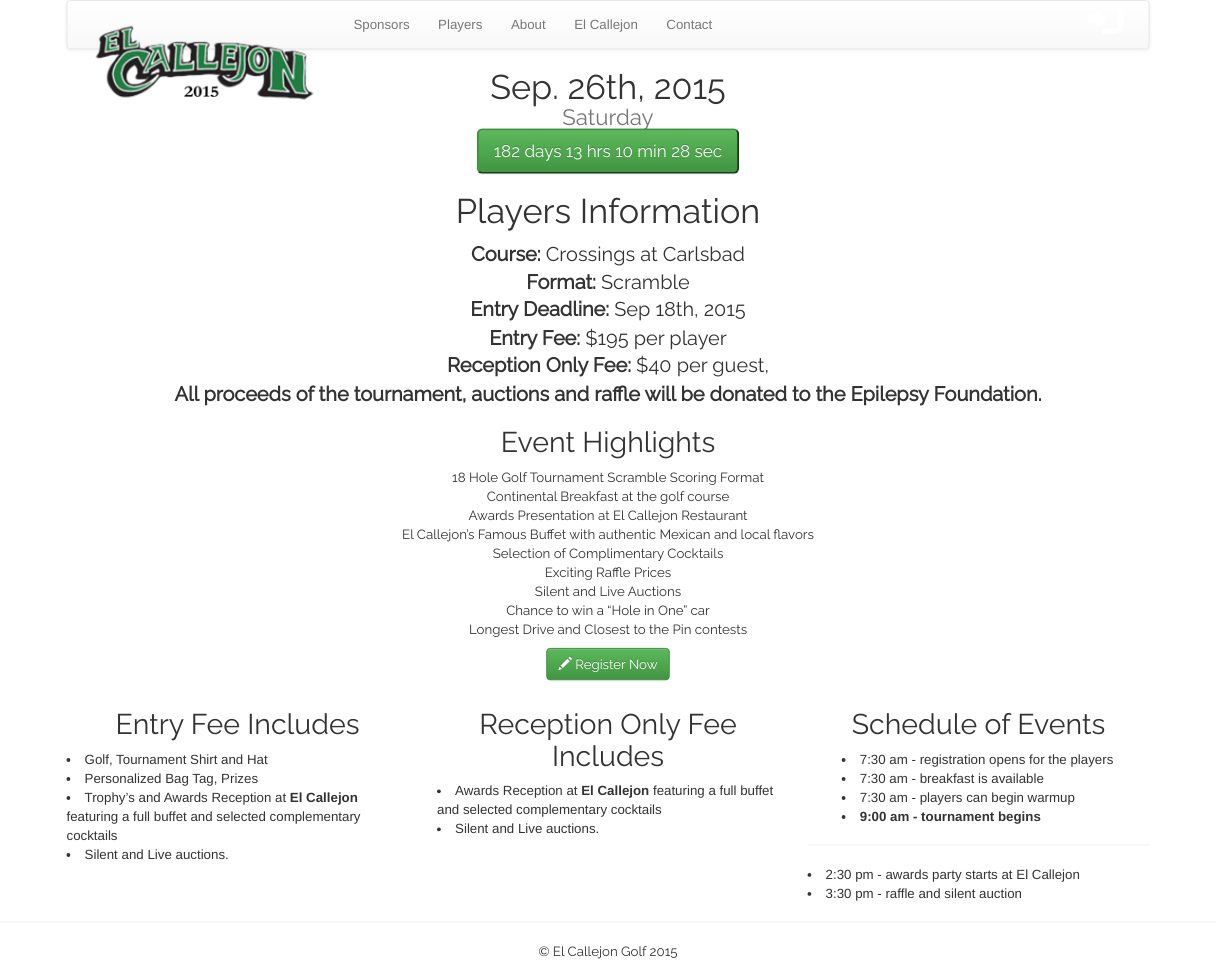
Repository: rojour/callejongolf
Page: register/templates/home/player.html
The author's editor kept a record of every edit. The page is drawn from the files as they stood at one moment, then again after the next edit.
The browser window is 1280 px wide. The pictures show the whole page, at 95% of full size.
Some web libraries are served in a nearby version. The template is drawn by Django 2.2. The application's start-up code is not run. Other server files are loaded and not shown. The template is opened directly, without the code that normally fills it, so the values that code supplies are empty.

Above is the page before.

### register/templates/home/player.html
{% extends 'home/home_base.html' %}
{% block content %}

  <div class="text-center">
    <h1>Players Information</h1>
    <p class="lead"><strong>Course:</strong> Crossings at Carlsbad<br><strong>Format:</strong> Scramble<br><strong>Entry Deadline:</strong> Sep 18th, 2015<br><strong>Entry Fee:</strong> $195 per player<br><strong>Reception Only Fee:</strong> $40 per guest,<br><strong>All proceeds of the tournament, auctions and raffle will be donated to the Epilepsy Foundation.</strong></p>
    <h2>Event Highlights</h2>
    <p>18 Hole Golf  Tournament Scramble Scoring Format<br>Continental Breakfast at the golf course<br>Awards Presentation at El Callejon Restaurant<br>El Callejon’s Famous Buffet with authentic Mexican and local flavors<br>Selection of Complimentary Cocktails<br>Exciting Raffle Prices<br>Silent and Live Auctions<br>Chance to win a “Hole in One” car<br>Longest Drive and Closest to the Pin contests</p>

    <p><a href="{% url 'register.views.player_new' %}" class="btn btn-large btn-success"><span class="glyphicon glyphicon-pencil"></span> Register Now</a></p>
  </div>
  <div class="container marketing">
    <div class="row">
      <div class="col-md-4">
        <h2 class=" text-center">Entry Fee Includes</h2>
          <li>Golf, Tournament Shirt and Hat</li>
          <li>Personalized Bag Tag, Prizes</li>
          <li>Trophy’s  and  Awards Reception at <strong>El Callejon</strong> featuring a full buffet and selected complementary cocktails</li>
          <li>Silent and Live auctions.</li>
      </div>
      <div class="col-md-4">
        <h2 class=" text-center">Reception Only Fee Includes</h2>
          <li>Awards Reception at <strong>El Callejon</strong> featuring a full buffet and selected complementary cocktails</li>
          <li>Silent and Live auctions.</li>
      </div>
      <div class="col-md-4">
        <h2 class=" text-center">Schedule of Events</h2>
			  <li style=margin-left:10% >7:30 am - registration opens for the players</li>
			  <li style=margin-left:10% >7:30 am - breakfast is available</li>
			  <li style=margin-left:10% >7:30 am - players can begin warmup</li>
			  <li style=margin-left:10% ><strong>9:00 am - tournament begins</strong></li>
			  <hr>
			  <li>2:30 pm - awards party starts at El Callejon</li>
			  <li>3:30 pm - raffle and silent auction</li>
      </div>
    </div>
  </div> <!-- /container -->

{% endblock %}

### register/templates/home/home_base.html
{% load staticfiles %}

<html lang="en">
  <head>
   <meta http-equiv="X-UA-Compatible" content="IE=edge,chrome=1">
   <meta charset="utf-8">
   <meta name="viewport" content="width=device-width, initial-scale=1.0">
   <meta name="description" content="">
   <meta name="author" content="">

   <title>El Callejon Golf Registration/Information Page.</title>

   <!-- Bootstrap core CSS -->
   <link rel="stylesheet" href="https://maxcdn.bootstrapcdn.com/bootstrap/3.3.4/css/bootstrap.min.css">
   <link rel="stylesheet" href="https://maxcdn.bootstrapcdn.com/bootstrap/3.3.4/css/bootstrap-theme.min.css">

   <link rel="stylesheet" href="{% static 'css/register.css' %}">
   <link href="//fonts.googleapis.com/css?family=Raleway&subset=latin,latin-ext" rel="stylesheet" type="text/css">
   <link rel="stylesheet" href="../../static/css/themes/default/default.css" type="text/css" media="screen" />
   <link rel="stylesheet" href="../../static/css/themes/light/light.css" type="text/css" media="screen" />
   <link rel="stylesheet" href="../../static/css/themes/dark/dark.css" type="text/css" media="screen" />
   <link rel="stylesheet" href="../../static/css/themes/bar/bar.css" type="text/css" media="screen" />
   <link rel="stylesheet" href="../../static/css/nivo-slider.css" type="text/css" media="screen" />


   <!-- Custom styles for this template -->

 </head>

 <body>

   {% include 'home/navbar.html' %}

   <h1 class="text-center">Sep. 26th, 2015<br><small class="text-muted">Saturday</small><br><button type="button" class="btn-lg btn-success"><span id="countdown"></span></button></h1>

   {% block content %}
   {% endblock %}

   <hr>
   <!-- Site footer -->
   <div class="footer">
      <p class="text-center">&copy; El Callejon Golf 2015</p>
   </div>

   </body>

    <!-- Bootstrap core JavaScript
    ================================================== -->
    <!-- Placed at the end of the document so the pages load faster -->
	<script src="http://code.jquery.com/jquery-1.11.0.min.js" ></script>
   <script src="https://maxcdn.bootstrapcdn.com/bootstrap/3.3.4/js/bootstrap.min.js"></script>

   <script src="../../static/js/countdown.js"></script>
	<script src="../../static/js/waypoints.js" ></script>
	<script src="../../static/js/waypoints-sticky.js" ></script>

	<script type="text/javascript" >
		$(document).ready(function() {
			$('.my-sticky-element').waypoint('sticky');
			});
	</script>

	 <script type="text/javascript" src="../../static/js/jquery.nivo.slider.js"></script>
    <script type="text/javascript">
    $(window).load(function() {
        $('#slider').nivoSlider();
    });
    </script>


</html>

### register/templates/home/navbar.html
{% load staticfiles %}


<!-- NAVBAR
================================================== -->
   <div class="navbar-wrapper">
      <div class="container">
         <div class="my-sticky-element navbar navbar-default">
            <div class="container">
               <div class="navbar-header">
                  <button type="button" class="navbar-toggle" data-toggle="collapse" data-target=".navbar-collapse">
                  <span class="icon-bar"></span>
                  <span class="icon-bar"></span>
                  <span class="icon-bar"></span>
                  </button>
                  <a class="navbar-brand" href="{% url 'home.views.index' %}"><img class="img-responsive" src="../../static/img/logos/Golf Logo 2015.png"></a>
               </div>
               <div class="navbar-collapse collapse">
                  <ul class="nav navbar-nav">
                     <li><a href="{% url 'home.views.sponsors' %}">Sponsors</a></li>
                     <li><a href="{% url 'home.views.players' %}">Players</a></li>
                     <li><a href="#">About</a></li>
                     <li><a href="http://www.el-callejon.com">El Callejon</a></li>
                     <li><a href="{% url 'home.views.contactus' %}">Contact</a></li>
			         </ul>
			         <ul style=margin-right:1% class="nav navbar-nav navbar-right">

			   {% if user.is_authenticated %}
            <a href="{% url 'home.views.management' %}" class="top-menu"><span class="glyphicon glyphicon-edit"></span></a>
            <li class="text-center"><small>Hello {{ user.username }}<br>(<a href="{% url 'django.contrib.auth.views.logout' %}">Log out</a>)</small></li>
            {% else %}
            <a href="{% url 'django.contrib.auth.views.login' %}" class="top-menu"><span class="glyphicon glyphicon-log-in"></span></a>
            {% endif %}
                  </ul>
               </div>
            </div>
         </div>
      </div>
   </div>

### static/css/register.css
.page-header {
    background-color: #227C45;
    margin-top: 0;
    padding: 20px 20px 20px 40px;
}

.page-header h1, .page-header h1 a, .page-header h1 a:visited, .page-header h1 a:active {
    color: #ffffff;
    font-size: 36pt;
    text-decoration: none;
}

.page-header p {
    color: #ffffff;
    margin-left: 90px;
}

a {
    color: black;
}

.content {
    margin-left: 80px;
}

h1, h2, h3, h4, p {
    font-family:'Raleway';
}

.date {
    float: right;
    color: #828282;
}

.save {
    float: right;
}

.player-form textarea, .player-form input {
    width: 100%;
}


.top-menu, .top-menu:hover, .top-menu:visited {
    color: #ffffff;
    float: right;
    font-size: 26pt;
    margin-right: 20px;
}

.player {
    margin-bottom: 70px;
}

.player h1 a, .player h1 a:visited {
    color: #000000;
}

### static/css/themes/default/default.css
/*
Skin Name: Nivo Slider Default Theme
Skin URI: http://nivo.dev7studios.com
Description: The default skin for the Nivo Slider.
Version: 1.3
Author: Gilbert Pellegrom
Author URI: http://dev7studios.com
Supports Thumbs: true
*/

.theme-default .nivoSlider {
	position:relative;
	background:#fff url(loading.gif) no-repeat 50% 50%;
    margin-bottom:10px;
    -webkit-box-shadow: 0px 1px 5px 0px #4a4a4a;
    -moz-box-shadow: 0px 1px 5px 0px #4a4a4a;
    box-shadow: 0px 1px 5px 0px #4a4a4a;
}
.theme-default .nivoSlider img {
	position:absolute;
	top:0px;
	left:0px;
	display:none;
}
.theme-default .nivoSlider a {
	border:0;
	display:block;
}

.theme-default .nivo-controlNav {
	text-align: center;
	padding: 20px 0;
}
.theme-default .nivo-controlNav a {
	display:inline-block;
	width:22px;
	height:22px;
	background:url(bullets.png) no-repeat;
	text-indent:-9999px;
	border:0;
	margin: 0 2px;
}
.theme-default .nivo-controlNav a.active {
	background-position:0 -22px;
}

.theme-default .nivo-directionNav a {
	display:block;
	width:30px;
	height:30px;
	background:url(arrows.png) no-repeat;
	text-indent:-9999px;
	border:0;
	opacity: 0;
	-webkit-transition: all 200ms ease-in-out;
    -moz-transition: all 200ms ease-in-out;
    -o-transition: all 200ms ease-in-out;
    transition: all 200ms ease-in-out;
}
.theme-default:hover .nivo-directionNav a { opacity: 1; }
.theme-default a.nivo-nextNav {
	background-position:-30px 0;
	right:15px;
}
.theme-default a.nivo-prevNav {
	left:15px;
}

.theme-default .nivo-caption {
    font-family: Helvetica, Arial, sans-serif;
}
.theme-default .nivo-caption a {
    color:#fff;
    border-bottom:1px dotted #fff;
}
.theme-default .nivo-caption a:hover {
    color:#fff;
}

.theme-default .nivo-controlNav.nivo-thumbs-enabled {
	width: 100%;
}
.theme-default .nivo-controlNav.nivo-thumbs-enabled a {
	width: auto;
	height: auto;
	background: none;
	margin-bottom: 5px;
}
.theme-default .nivo-controlNav.nivo-thumbs-enabled img {
	display: block;
	width: 120px;
	height: auto;
}

### static/css/themes/light/light.css
/*
Skin Name: Nivo Slider Light Theme
Skin URI: http://nivo.dev7studios.com
Description: A light skin for the Nivo Slider.
Version: 1.0
Author: Gilbert Pellegrom
Author URI: http://dev7studios.com
Supports Thumbs: true
*/

.theme-light.slider-wrapper {
    background: #fff;
    padding: 10px;
}
.theme-light .nivoSlider {
	position:relative;
	background:#fff url(loading.gif) no-repeat 50% 50%;
    margin-bottom:10px;
    overflow: visible;
}
.theme-light .nivoSlider img {
	position:absolute;
	top:0px;
	left:0px;
	display:none;
}
.theme-light .nivoSlider a {
	border:0;
	display:block;
}

.theme-light .nivo-controlNav {
	text-align: left;
	padding: 0;
	position: relative;
	z-index: 10;
}
.theme-light .nivo-controlNav a {
	display:inline-block;
	width:10px;
	height:10px;
	background:url(bullets.png) no-repeat;
	text-indent:-9999px;
	border:0;
	margin: 0 2px;
}
.theme-light .nivo-controlNav a.active {
	background-position:0 100%;
}

.theme-light .nivo-directionNav a {
	display:block;
	width:30px;
	height:30px;
	background: url(arrows.png) no-repeat;
	text-indent:-9999px;
	border:0;
	top: auto;
	bottom: -36px;
	z-index: 11;
}
.theme-light .nivo-directionNav a:hover {
    background-color: #eee;
    -webkit-border-radius: 2px;
    -moz-border-radius: 2px;
    border-radius: 2px;
}
.theme-light a.nivo-nextNav {
	background-position:160% 50%;
	right:0px;
}
.theme-light a.nivo-prevNav {
    background-position:-60% 50%;
    left: auto;
	right: 35px;
}

.theme-light .nivo-caption {
    font-family: Helvetica, Arial, sans-serif;
}
.theme-light .nivo-caption a {
    color:#fff;
    border-bottom:1px dotted #fff;
}
.theme-light .nivo-caption a:hover {
    color:#fff;
}

.theme-light .nivo-controlNav.nivo-thumbs-enabled {
	width: 80%;
}
.theme-light .nivo-controlNav.nivo-thumbs-enabled a {
	width: auto;
	height: auto;
	background: none;
	margin-bottom: 5px;
}
.theme-light .nivo-controlNav.nivo-thumbs-enabled img {
	display: block;
	width: 120px;
	height: auto;
}

### static/css/themes/dark/dark.css
/*
Skin Name: Nivo Slider Dark Theme
Skin URI: http://nivo.dev7studios.com
Description: A dark skin for the Nivo Slider.
Version: 1.0
Author: Gilbert Pellegrom
Author URI: http://dev7studios.com
Supports Thumbs: true
*/

.theme-dark.slider-wrapper {
    background: #222;
    padding: 10px;
}
.theme-dark .nivoSlider {
	position:relative;
	background:#fff url(loading.gif) no-repeat 50% 50%;
    margin-bottom:10px;
    overflow: visible;
}
.theme-dark .nivoSlider img {
	position:absolute;
	top:0px;
	left:0px;
	display:none;
}
.theme-dark .nivoSlider a {
	border:0;
	display:block;
}

.theme-dark .nivo-controlNav {
	text-align: left;
	padding: 0;
	position: relative;
	z-index: 10;
}
.theme-dark .nivo-controlNav a {
	display:inline-block;
	width:10px;
	height:10px;
	background:url(bullets.png) no-repeat 0 2px;
	text-indent:-9999px;
	border:0;
	margin: 0 2px;
}
.theme-dark .nivo-controlNav a.active {
	background-position:0 100%;
}

.theme-dark .nivo-directionNav a {
	display:block;
	width:30px;
	height:30px;
	background: url(arrows.png) no-repeat;
	text-indent:-9999px;
	border:0;
	top: auto;
	bottom: -36px;
	z-index: 11;
}
.theme-dark .nivo-directionNav a:hover {
    background-color: #333;
    -webkit-border-radius: 2px;
    -moz-border-radius: 2px;
    border-radius: 2px;
}
.theme-dark a.nivo-nextNav {
	background-position:-16px 50%;
	right:0px;
}
.theme-dark a.nivo-prevNav {
    background-position:11px 50%;
    left: auto;
	right: 35px;
}

.theme-dark .nivo-caption {
    font-family: Helvetica, Arial, sans-serif;
}
.theme-dark .nivo-caption a {
    color:#fff;
    border-bottom:1px dotted #fff;
}
.theme-dark .nivo-caption a:hover {
    color:#fff;
}

.theme-dark .nivo-controlNav.nivo-thumbs-enabled {
	width: 80%;
}
.theme-dark .nivo-controlNav.nivo-thumbs-enabled a {
	width: auto;
	height: auto;
	background: none;
	margin-bottom: 5px;
}
.theme-dark .nivo-controlNav.nivo-thumbs-enabled img {
	display: block;
	width: 120px;
	height: auto;
}

### static/css/themes/bar/bar.css
/*
Skin Name: Nivo Slider Bar Theme
Skin URI: http://nivo.dev7studios.com
Description: The bottom bar skin for the Nivo Slider.
Version: 1.0
Author: Gilbert Pellegrom
Author URI: http://dev7studios.com
Supports Thumbs: false
*/

.theme-bar.slider-wrapper {
    position: relative;
    border: 1px solid #333;
    overflow: hidden;
}
.theme-bar .nivoSlider {
	position:relative;
	background:#fff url(loading.gif) no-repeat 50% 50%;
}
.theme-bar .nivoSlider img {
	position:absolute;
	top:0px;
	left:0px;
	display:none;
}
.theme-bar .nivoSlider a {
	border:0;
	display:block;
}

.theme-bar .nivo-controlNav {
    position: absolute;
    left: 0;
    bottom: -41px;
    z-index: 10;
    width: 100%;
    height: 30px;
	text-align: center;
	padding: 5px 0;
	border-top: 1px solid #333;
	background: #333;
    background: -moz-linear-gradient(top,  #565656 0%, #333333 100%); /* FF3.6+ */
    background: -webkit-gradient(linear, left top, left bottom, color-stop(0%,#565656), color-stop(100%,#333333)); /* Chrome,Safari4+ */
    background: -webkit-linear-gradient(top,  #565656 0%,#333333 100%); /* Chrome10+,Safari5.1+ */
    background: -o-linear-gradient(top,  #565656 0%,#333333 100%); /* Opera 11.10+ */
    background: -ms-linear-gradient(top,  #565656 0%,#333333 100%); /* IE10+ */
    background: linear-gradient(to bottom,  #565656 0%,#333333 100%); /* W3C */
    filter: progid:DXImageTransform.Microsoft.gradient( startColorstr='#565656', endColorstr='#333333',GradientType=0 ); /* IE6-9 */
    opacity: 0.5;
    -webkit-transition: all 200ms ease-in-out;
    -moz-transition: all 200ms ease-in-out;
    -o-transition: all 200ms ease-in-out;
    transition: all 200ms ease-in-out;
}
.theme-bar:hover .nivo-controlNav {
    bottom: 0;
    opacity: 1;
}
.theme-bar .nivo-controlNav a {
	display:inline-block;
	width:22px;
	height:22px;
	background:url(bullets.png) no-repeat;
	text-indent:-9999px;
	border:0;
	margin: 5px 2px 0 2px;
}
.theme-bar .nivo-controlNav a.active {
	background-position:0 -22px;
}

.theme-bar .nivo-directionNav a {
	display:block;
	border:0;
	color: #fff;
	text-transform: uppercase;
	top: auto;
	bottom: 10px;
	z-index: 11;
	font-family: "Helvetica Neue", Helvetica, Arial, sans-serif;
	font-size: 13px;
	line-height: 20px;
	opacity: 0.5;
    -webkit-transition: all 200ms ease-in-out;
    -moz-transition: all 200ms ease-in-out;
    -o-transition: all 200ms ease-in-out;
    transition: all 200ms ease-in-out;
}
.theme-bar a.nivo-nextNav { right: -50px; }
.theme-bar a.nivo-prevNav { left: -50px; }
.theme-bar:hover a.nivo-nextNav {
    right: 15px;
    opacity: 1;
}
.theme-bar:hover a.nivo-prevNav {
    left: 15px;
    opacity: 1;
}
.theme-bar .nivo-directionNav a:hover { color: #ddd; }

.theme-bar .nivo-caption {
    font-family: Helvetica, Arial, sans-serif;
    -webkit-transition: all 200ms ease-in-out;
    -moz-transition: all 200ms ease-in-out;
    -o-transition: all 200ms ease-in-out;
    transition: all 200ms ease-in-out;
}
.theme-bar:hover .nivo-caption {
    bottom: 41px;
}
.theme-bar .nivo-caption a {
    color:#fff;
    border-bottom:1px dotted #fff;
}
.theme-bar .nivo-caption a:hover {
    color:#fff;
}

.theme-bar .nivo-controlNav.nivo-thumbs-enabled {
	width: 100%;
}
.theme-bar .nivo-controlNav.nivo-thumbs-enabled a {
	width: auto;
	height: auto;
	background: none;
	margin-bottom: 5px;
}
.theme-bar .nivo-controlNav.nivo-thumbs-enabled img {
	display: block;
	width: 120px;
	height: auto;
}

### static/css/nivo-slider.css
/*
 * jQuery Nivo Slider v3.2
 * http://nivo.dev7studios.com
 *
 * Copyright 2012, Dev7studios
 * Free to use and abuse under the MIT license.
 * http://www.opensource.org/licenses/mit-license.php
 */

/* The Nivo Slider styles */
.nivoSlider {
	position:relative;
	width:100%;
	height:auto;
	overflow: hidden;
}
.nivoSlider img {
	position:absolute;
	top:0px;
	left:0px;
	max-width: none;
}
.nivo-main-image {
	display: block !important;
	position: relative !important;
	width: 100% !important;
}

/* If an image is wrapped in a link */
.nivoSlider a.nivo-imageLink {
	position:absolute;
	top:0px;
	left:0px;
	width:100%;
	height:100%;
	border:0;
	padding:0;
	margin:0;
	z-index:6;
	display:none;
	background:white;
	filter:alpha(opacity=0);
	opacity:0;
}
/* The slices and boxes in the Slider */
.nivo-slice {
	display:block;
	position:absolute;
	z-index:5;
	height:100%;
	top:0;
}
.nivo-box {
	display:block;
	position:absolute;
	z-index:5;
	overflow:hidden;
}
.nivo-box img { display:block; }

/* Caption styles */
.nivo-caption {
	position:absolute;
	left:0px;
	bottom:0px;
	background:#000;
	color:#fff;
	width:100%;
	z-index:8;
	padding: 5px 10px;
	opacity: 0.8;
	overflow: hidden;
	display: none;
	-moz-opacity: 0.8;
	filter:alpha(opacity=8);
	-webkit-box-sizing: border-box; /* Safari/Chrome, other WebKit */
	-moz-box-sizing: border-box;    /* Firefox, other Gecko */
	box-sizing: border-box;         /* Opera/IE 8+ */
}
.nivo-caption p {
	padding:5px;
	margin:0;
}
.nivo-caption a {
	display:inline !important;
}
.nivo-html-caption {
    display:none;
}
/* Direction nav styles (e.g. Next & Prev) */
.nivo-directionNav a {
	position:absolute;
	top:45%;
	z-index:9;
	cursor:pointer;
}
.nivo-prevNav {
	left:0px;
}
.nivo-nextNav {
	right:0px;
}
/* Control nav styles (e.g. 1,2,3...) */
.nivo-controlNav {
	text-align:center;
	padding: 15px 0;
}
.nivo-controlNav a {
	cursor:pointer;
}
.nivo-controlNav a.active {
	font-weight:bold;
}

### static/js/countdown.js
// set the date we're counting down to
var target_date = new Date("Sep 26, 2015 9:00:00").getTime();

// variables for time units
var days, hours, minutes, seconds;

// get tag element
var countdown = document.getElementById("countdown");

// update the tag with id "countdown" every 1 second
setInterval(function () {

    // find the amount of "seconds" between now and target
    var current_date = new Date().getTime();
    var seconds_left = (target_date - current_date) / 1000;

    // do some time calculations
    days = parseInt(seconds_left / 86400);
    seconds_left = seconds_left % 86400;

    hours = parseInt(seconds_left / 3600);
    seconds_left = seconds_left % 3600;

    minutes = parseInt(seconds_left / 60);
    seconds = parseInt(seconds_left % 60);

    // format countdown string + set tag value
    countdown.innerHTML = days + " days " + hours + " hrs "
    + minutes + " min " + seconds + " sec ";

}, 1000);

Loaded but not shown: static/js/waypoints.js (common file); static/js/waypoints-sticky.js (common file); static/js/jquery.nivo.slider.js (library)

After the next edit:
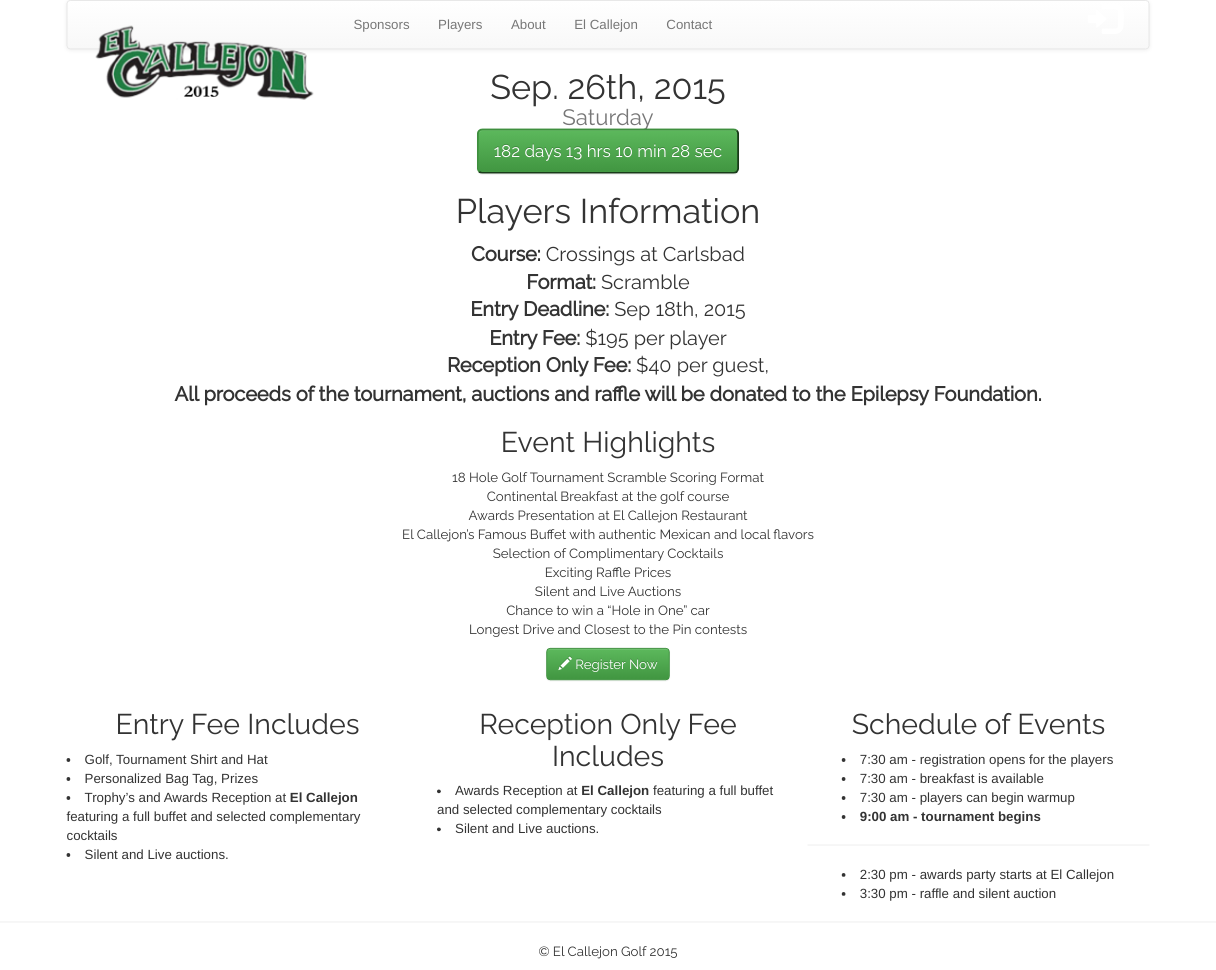
The edit:
--- a/register/templates/home/player.html
+++ b/register/templates/home/player.html
@@ -30,8 +30,8 @@
 			  <li style=margin-left:10% >7:30 am - players can begin warmup</li>
 			  <li style=margin-left:10% ><strong>9:00 am - tournament begins</strong></li>
 			  <hr>
-			  <li>2:30 pm - awards party starts at El Callejon</li>
-			  <li>3:30 pm - raffle and silent auction</li>
+			  <li style=margin-left:10% >2:30 pm - awards party starts at El Callejon</li>
+			  <li style=margin-left:10% >3:30 pm - raffle and silent auction</li>
       </div>
     </div>
   </div> <!-- /container -->
